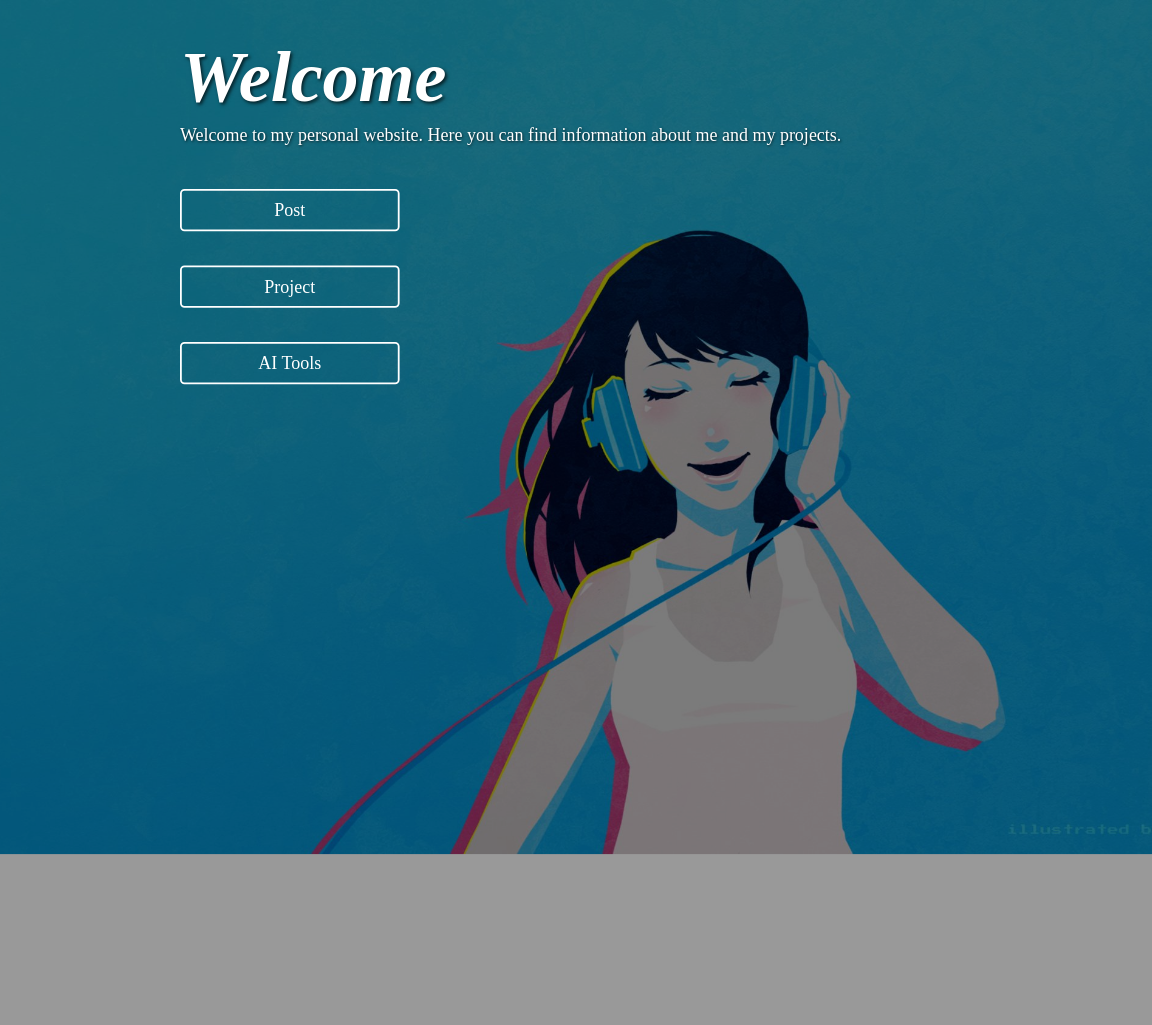
Repository: cydxf/cydxf.github.io
Page: index.html
The author's editor kept a copy of each file at every save. The page is drawn from the files as they stood at one save, then again after the next save.
The browser window is 1280 px wide. The pictures show the whole page, at 90% of full size.

Above is the page before, as saved 2024-08-02 02:36:07.

After the next save:
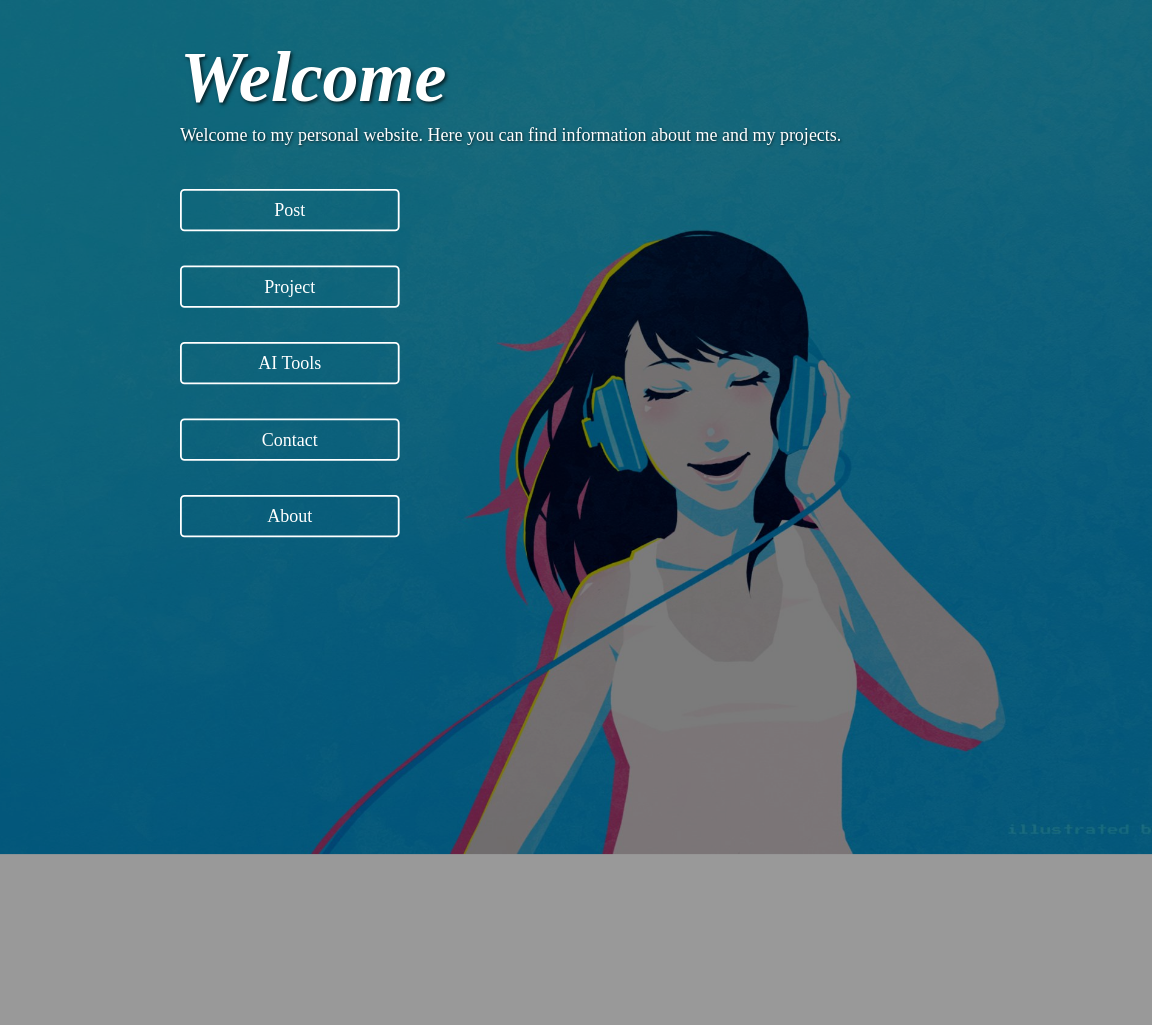
Saved 61 s later.
--- a/index.html
+++ b/index.html
@@ -16,6 +16,8 @@
                     <a href="" class="button">Post</a>
                     <a href="" class="button">Project</a>
                     <a href="" class="button">AI Tools</a>
+                    <a href="" class="button">Contact</a>
+                    <a href="" class="button">About</a>
                 </div>
             </div>
         </section>
